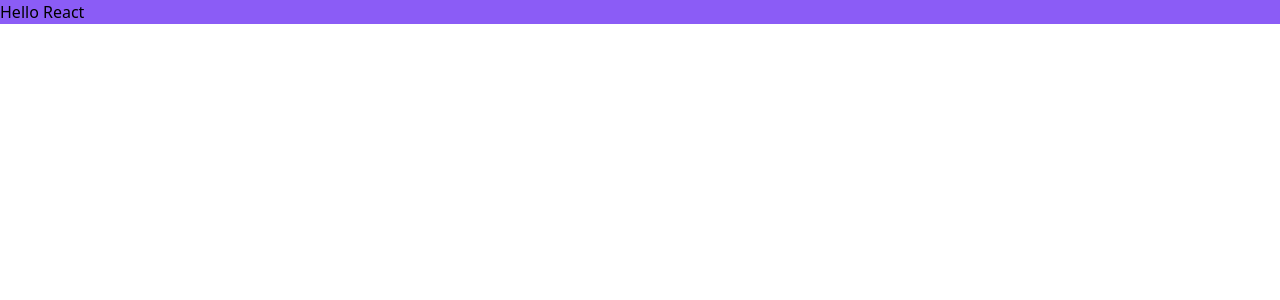
Repository: guilhermecardoso93/nlwreturn-react
Page: /
The author's editor kept a copy of each file at every save. The page is drawn from the files as they stood at one save, then again after a run of saves.
The browser window is 1280 px wide. The pictures show the whole page.
The project was rebuilt for these pictures with package versions that can differ from the ones it lists, and the page was loaded fresh each time. Also part of the build but not shown: vite.config.ts.

Above is the page before, as saved 2022-05-02 22:04:51.

### src/main.tsx
import React from 'react'
import ReactDOM from 'react-dom'
import App from './App'


import './global.css'

ReactDOM.render(
  <React.StrictMode>
    <App />
  </React.StrictMode>,
  document.getElementById('root')
)

### src/App.tsx
function App() {
  return (
    <>
      <h1 className="bg-violet-500">Hello React</h1>
    </>
  );
}

export default App;

Loaded but not shown: index.html (common file); src/global.css (common file); tailwind.config.js (common file)

After the next 3 saves:
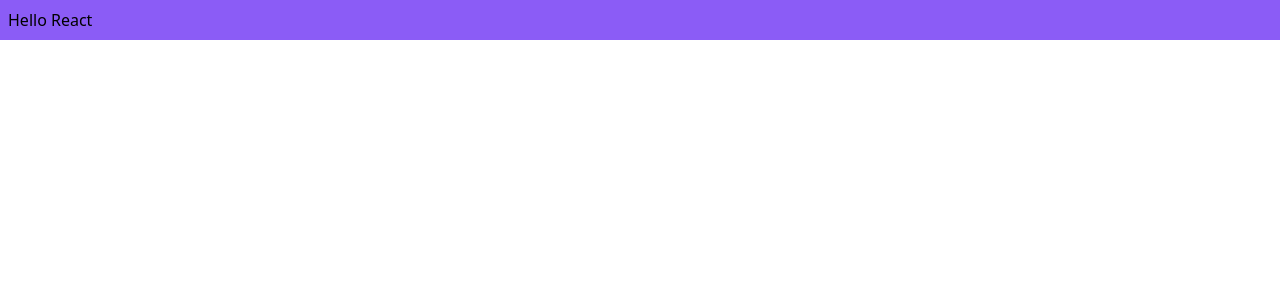
The 3 saves are shown as one change because they came seconds apart.
The last was saved 16 s later.
--- a/src/App.tsx
+++ b/src/App.tsx
@@ -1,7 +1,7 @@
 function App() {
   return (
     <>
-      <h1 className="bg-violet-500">Hello React</h1>
+      <h1 className="bg-violet-500 p-2">Hello React</h1>
     </>
   );
 }
